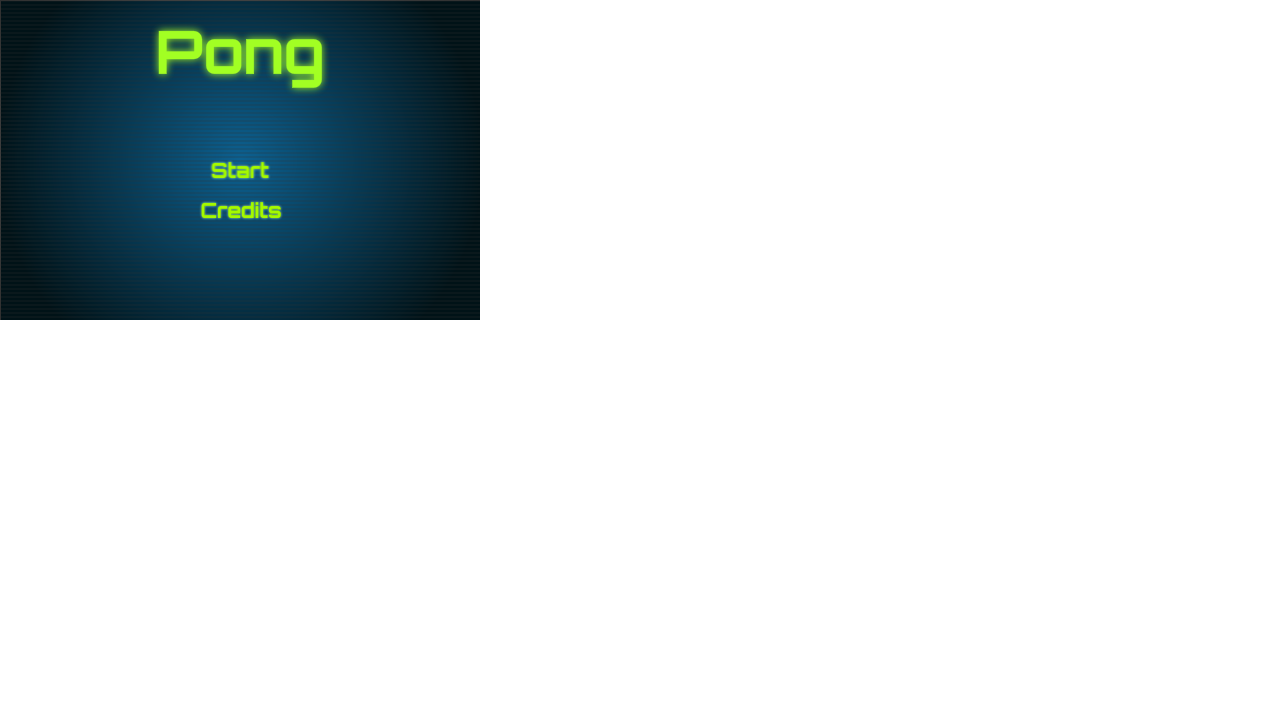
Repository: nourHellani/PongGame
Page: index.html
An editor plug-in stored every save of this project. The page is shown before and after the next save, followed by the edit.
The browser window is 1280 px wide. The pictures show the whole page.

Above is the page before, as saved 2023-01-31 23:19:37.

### index.html
<!DOCTYPE html>
<html>

<head>

	<title>Pong Game</title>

	<style>
		* {
			-webkit-tap-highlight-color: rgba(0, 0, 0, 0);
		}

		body {
			margin: 0;
			overflow: hidden;
		}

		canvas {
			display: block;
		}
	</style>

	<!-- javascript libraries
		TweenJs for handling screen transitions and the game loop
		SoundIJS for the sound effects -->

	<script src="easel.js"></script>
	<script src="Tween.js"></script>
	<script src="sound.js"></script>
	<script src="Main.js"></script>


	<script src="https://code.jquery.com/jquery-3.5.1.min.js"></script>
</head>

<body onload="Main();">

	<canvas id="Pong" width="480" height="320"></canvas>

</body>

</html>

### sound.js
/**
* EaselJS
* Visit http://easeljs.com/ for documentation, updates and examples.
*
* Copyright (c) 2011 Grant Skinner
*
* Permission is hereby granted, free of charge, to any person
* obtaining a copy of this software and associated documentation
* files (the "Software"), to deal in the Software without
* restriction, including without limitation the rights to use,
* copy, modify, merge, publish, distribute, sublicense, and/or sell
* copies of the Software, and to permit persons to whom the
* Software is furnished to do so, subject to the following
* conditions:
*
* The above copyright notice and this permission notice shall be
* included in all copies or substantial portions of the Software.
*
* THE SOFTWARE IS PROVIDED "AS IS", WITHOUT WARRANTY OF ANY KIND,
* EXPRESS OR IMPLIED, INCLUDING BUT NOT LIMITED TO THE WARRANTIES
* OF MERCHANTABILITY, FITNESS FOR A PARTICULAR PURPOSE AND
* NONINFRINGEMENT. IN NO EVENT SHALL THE AUTHORS OR COPYRIGHT
* HOLDERS BE LIABLE FOR ANY CLAIM, DAMAGES OR OTHER LIABILITY,
* WHETHER IN AN ACTION OF CONTRACT, TORT OR OTHERWISE, ARISING
* FROM, OUT OF OR IN CONNECTION WITH THE SOFTWARE OR THE USE OR
* OTHER DEALINGS IN THE SOFTWARE.
**/
(function(m){function a(){throw"SoundJS cannot be instantiated";}function n(a,d){this.instances=[];this.name=a;this.src=d;this.loaded=this.canPlay=false;this.length=0}a.AUDIO_TIMEOUT=8E3;a.INTERRUPT_ANY=1;a.INTERRUPT_EARLY=2;a.INTERRUPT_LATE=3;a.INTERRUPT_NONE=4;a.onProgress=null;a.onSoundTimeout=null;a.onSoundLoadError=null;a.onSoundLoadComplete=null;a.onLoadQueueComplete=null;a.onSoundComplete=null;a.soundHash=[];a.loadQueue=[];a.itemsToLoad=0;a.instanceCount=0;a.INST_MAX=35;a.FT=0.0010;a.AUDIO_ERROR=
"error";a.AUDIO_PROGRESS="progress";a.AUDIO_COMPLETE="canplaythrough";a.AUDIO_ENDED="ended";a.AUDIO_STALLED="stalled";a._master=1;a._currentLoad=0;a.add=function(b,d,c){a.loadQueue.push({name:b,src:d,instances:c});a.loadQueue.length==1?(a.itemsToLoad=1,a.loadNext()):a.itemsToLoad++};a.addBatch=function(b){for(var d=b.length;b.length;)a.loadQueue.push(b.shift());a.loadQueue.length==d?(a.loadNext(),a.itemsToLoad=d):a.itemsToLoad++};a.play=function(b,d,c,e,f){if(b==null||a.soundHash[b]==null||a.soundHash[b].length==
0||d!=a.INTERRUPT_ANY&&d!=a.INTERRUPT_EARLY&&d!=a.INTERRUPT_LATE&&d!=a.INTERRUPT_NONE&&d!=null)return NaN;if(d==null)d=a.INTERRUPT_NONE;e==null&&(e=false);f||(f=0);c==null||c>1?c=1:c<0&&(c=0);if(f>0)setTimeout(function(){a.beginPlaying(b,d,c,e)},f);else return a.beginPlaying(b,d,c,e);return-1};a.getMasterVolume=function(){return a._master};a.setMasterVolume=function(b){if(Number(b)!=null){b<0?b=0:b>1&&(b=1);var d,c,e;d=a._master;a._master=b;if(a._master!=d)for(e in a.soundHash){c=a.soundHash[e];d=
c.length;for(b=0;b<d;b++)c[b].volume=c[b].storedVolume*a._master}}};a.remove=function(b,d){var c,e,f;if(b==null)for(c in a.soundHash){f=a.soundHash[c];e=f.length;do a.stop(c,e-1),f[e-1].currentSrc="",document.body.removeChild(f[e-1]),f.pop(),e=f.length,a.instanceCount--;while(e)}else{f=a.soundHash[b];if(f==null)return false;e=f.length;if(d==null){do a.stop(b,e-1),f[e-1].currentSrc="",document.body.removeChild(f[e-1]),f.pop(),e=f.length,a.instanceCount--;while(e)}else{if(d<=0||e<=0)return false;e--;
for(c=0;c<=e&&c<d;c++)a.stop(b,e-c),f[e-c].currentSrc="",document.body.removeChild(f[e-c]),f.pop(),a.instanceCount--}}return true};a.setVolume=function(b,d,c){var e,f;if(b==null)return false;b*=a._master;if(d==null)for(f in a.soundHash){e=a.soundHash[f];d=e.length;for(c=0;c<d;c++)e[c].storedVolume=b,e[c].volume=b}else{e=a.soundHash[d];if(e==null)return false;d=e.length;if(c==null)for(c=0;c<d;c++)e[c].storedVolume=b,e[c].volume=b;else{if(d<=c)return false;e[c].storedVolume=b;e[c].volume=b}}return true};
a.getVolume=function(b,d){var c=a.soundHash[b];return c==null||c.length==0?-1:d==null?c[1].storedVolume:c.length<d?-1:c[d].storedVolume};a.setMute=function(b,d,c){var e,f;if(b==null)return false;if(d==null)for(f in a.soundHash){e=a.soundHash[f];d=e.length;for(c=0;c<d;c++)e[c].muted=b}else{e=a.soundHash[d];if(e==null)return false;d=e.length;if(c==null)for(c=0;c<d;c++)e[c].muted=b;else{if(d<=c)return false;e[c].muted=b}}return true};a.pause=function(b,d){var c,e,f,g;if(b==null)for(g in a.soundHash){f=
a.soundHash[g];e=f.length;for(c=0;c<e;c++)f[c].pause()}else{f=a.soundHash[b];if(f==null)return false;e=f.length;if(d==null)for(c=0;c<e;c++)f[c].pause();else{if(e<=d)return false;f[d].pause()}}return true};a.resume=function(b,d){var c,e,f,g;if(b==null)for(g in a.soundHash){e=a.soundHash[g].length;for(c=0;c<e;c++)f=a.soundHash[g][c],(f.loop||f.currentTime!=f.duration&&f.currentTime!=0)&&f.play()}else{if(a.soundHash[b]==null)return false;e=a.soundHash[b].length;if(d==null)for(c=0;c<e;c++)f=a.soundHash[b][c],
(f.loop||f.currentTime!=f.duration&&f.currentTime!=0)&&f.play();else{if(e<=d)return false;f=a.soundHash[b][d];(f.loop||f.currentTime!=f.duration&&f.currentTime!=0)&&f.play()}}return true};a.stop=function(b,d){var c,e,f,g;if(b==null)for(g in a.soundHash){e=a.soundHash[g].length;for(c=0;c<e;c++){f=a.soundHash[g][c];try{f.currentTime=0}catch(h){}f.pause()}}else{if(a.soundHash[b]==null)return false;e=a.soundHash[b].length;if(d==null)for(c=0;c<e;c++)f=a.soundHash[b][c],f.currentTime=0,f.pause();else{if(e<=
d)return false;f=a.soundHash[b][d];f.currentTime=0;f.pause()}}return true};a.isLoaded=function(b){var d=true,c;if(b==null)for(c in a.soundHash){if(d=d&&a.soundHash[c]&&a.soundHash[c][0]&&a.soundHash[c][0].loaded,!d)break}else return a.soundHash[b]&&a.soundHash[b][0]&&a.soundHash[b][0].loaded;return d};a.getNumInstances=function(b){return b==null?instanceCount:a.soundHash[b]?a.soundHash[b].length:-1};a.getMaxInstances=function(){return a.INST_MAX};a.getCurrentLoadProgress=function(){return(a.itemsToLoad-
a.loadQueue.length-(1-a._currentLoad))/a.itemsToLoad};a.getInstance=function(b,d){return b==null||d<0||!a.soundHash[b]||!a.soundHash[b][d]?null:a.soundHash[b][d]};a.beginPlaying=function(b,d,c,e){var f,g,h,i=false,j=a.soundHash[b];if(!j[0].loaded)throw Error("Audio is not loaded. The source(s) are either not found, or the correct audio formats are not provided.");for(var k=j.length,b=0;b<k;b++){h=j[b];g==null&&d!=a.INTERRUPT_ANY&&d!=a.INTERRUPT_NONE&&(g=h,f=b);if(h.currentTime>=h.duration-a.FT&&!h.loop||
h.currentTime==0&&h.paused)i=true,k=b;else if(d==a.INTERRUPT_EARLY&&h.currentTime<g.currentTime||d==a.INTERRUPT_LATE&&h.currentTime>g.currentTime)i=true;i&&(g=h,f=b)}d==a.INTERRUPT_ANY&&!g&&(g=j[0],f=0);return g?(g.loop=e,g.storedVolume=c,g.volume=c*a._master,g.currentTime=0,g.paused&&g.play(),f):-1};a.loadNext=function(){if(a.loadQueue.length<=0){if(a.onLoadQueueComplete)a.onLoadQueueComplete()}else{var b=a.loadQueue.shift(),d=b.instances||1,c=b.name,b=b.src,e=a.soundHash[c];if(e==null)e=a.soundHash[c]=
[];else if(e.length)b=e[0].src;for(var f=e=e.length,d=e+d;f<d;f++){var g=document.createElement("audio");if(f==e)g.timeoutId=setTimeout(function(){a.handleAudioTimeout(g)},a.AUDIO_TIMEOUT),g.addEventListener(a.AUDIO_COMPLETE,a.handleAudioComplete,false),g.addEventListener(a.AUDIO_PROGRESS,a.handleProgress,false),g.addEventListener(a.AUDIO_STALLED,a.handleAudioStall,false),g.addEventListener(a.AUDIO_ERROR,a.handleAudioError,false),g.loaded=false;g.addEventListener(a.AUDIO_ENDED,a.handleEnded,false);
g.setAttribute("id",c+"_"+f);g.setAttribute("preload","auto");var h;if(b instanceof Array)for(var i=0,j=b.length;i<j;i++){var k=g.appendChild(document.createElement("source"));h=a.getType(b[i]);k.setAttribute("type",h);k.setAttribute("src",b[i])}else h=a.getType(b),g.setAttribute("type",h),g.setAttribute("src",b);g.load();document.body.appendChild(g);a.soundHash[c].push(g);a.instanceCount++}}};a.getType=function(a){switch(a.slice(a.lastIndexOf(".")+1)){case "mp3":return"audio/mpeg";case "ogg":return"audio/ogg";
case "wav":return"audio/wav";default:throw"'"+a+"' is not a recognized audio file";}};a.handleEnded=function(){if(a.onSoundEnded){var b=this.id.split("_");a.onSoundEnded(this,b[0],b[1])}};a.handleAudioTimeout=function(b){if(a.onSoundTimeout){var d=b.id.split("_");a.onSoundTimeout(b,d[0],d[1])}a.loadNext()};a.handleProgress=function(){try{this.buffered.end()}catch(b){return}a._currentLoad=this.buffered.end()/this.duration;if(a.onProgress)a.onProgress(a.getCurrentLoadProgress())};a.handleAudioError=
function(){clearTimeout(this.timeoutId);if(a.onSoundLoadError){var b=this.id.split("_");a.onSoundLoadError(this,b[0],b[1])}a.loadNext()};a.handleAudioComplete=function(){var b=this.id.split("_");this.removeEventListener(a.AUDIO_COMPLETE,a.handleAudioComplete,false);clearTimeout(this.timeoutId);this.loaded=true;if(a.onSoundLoadComplete)a.onSoundLoadComplete(this,b[0],b[1]);a.loadNext()};a.handleAudioStall=function(a){setTimeout(function(){testAudioStall(a)},0)};a.testAudioStall=function(){var b=this.id.split("_");
if(!a.soundHash[b[0]][b[1]].loaded){if(a.onStall)a.onStall(this,b[0],b[1]);a.loadNext()}};m.SoundJS=a;var l=n.prototype;l.add=function(a){this.instances.push(a);this.length=this.instances.length;this.instances.length==1&&a.addEventListener("canplaythrough",function(){a.canplaythrough()})};l.remove=function(a){this.instances.splice(a,1);this.length=this.instances.length};l.canplaythrough=function(){this.loaded=true};m.SoundJSElement=n})(window);

### Main.js

let counter = 0;
let timeout;
let timer_on = 0;

/* Define Canvas */

var canvas;
var stage;

// Graphics
//[This variable stores the title background image]

var bgImg = new Image();
var bg;

//[Title View]
//These variables store its components.

var mainImg = new Image();
var main;
var startBImg = new Image();
var startB;
var creditsBImg = new Image();
var creditsB;

//[Title View Group]

var TitleView = new Container();

//[Credits]
//This view will show the credits, year and copyright of the game, these variables will be used to store it.

var creditsViewImg = new Image();
var credits;

//[Game View]
//The next variables store the individual graphics that appear in the Game View:

var playerImg = new Image();
var player;
var ballImg = new Image();
var ball;
var cpuImg = new Image();
var cpu;
var winImg = new Image();
var win;
var loseImg = new Image();
var lose;
var timeupImg = new Image();
var timeup;

//[Score]
//The score values will be handled by the next variables:

var playerScore;
var cpuScore;
var timer;
var time;

// Variables
var xSpeed = 5; //Horizontal speed of the ball
var ySpeed = 5; //Vertical speed of the ball
var gfxLoaded = 0; //used as a preloader, counts the already loaded items
var tkr = new Object(); //used as an event listener to the Ticker


// Main Function

function Main() {
  /* Link Canvas */
  canvas = document.getElementById("Pong");
  stage = new Stage(canvas);


  /* Sound */

  SoundJS.addBatch([
    { name: "hit", src: "assets/mp3/hit.mp3", instances: 1 }, // played when the ball hits a paddle
    { name: "playerScore", src: "assets/mp3/playerScore.mp3", instances: 1 }, //played when they player scores
    { name: "enemyScore", src: "assets/mp3/enemyScore.mp3", instances: 1 }, //played when the enemy scores
    { name: "wall", src: "assets/mp3/wall.mp3", instances: 1 }, //played when the ball hits the top or bottom boundary
  ]);

  /* Load GFX */

  bgImg.src = "assets/png/bg.png";
  bgImg.name = "bg";
  bgImg.onload = loadGfx;

  mainImg.src = "assets/png/main.png";
  mainImg.name = "main";
  mainImg.onload = loadGfx;

  startBImg.src = "assets/png/startB.png";
  startBImg.name = "startB";
  startBImg.onload = loadGfx;

  creditsBImg.src = "assets/png/creditsB.png";
  creditsBImg.name = "creditsB";
  creditsBImg.onload = loadGfx;

  creditsViewImg.src = "assets/png/credits.png";
  creditsViewImg.name = "credits";
  creditsViewImg.onload = loadGfx;

  playerImg.src = "assets/png/paddle.png";
  playerImg.name = "player";
  playerImg.onload = loadGfx;

  ballImg.src = "assets/png/ball.png";
  ballImg.name = "ball";
  ballImg.onload = loadGfx;

  cpuImg.src = "assets/png/paddle.png";
  cpuImg.name = "cpu";
  cpuImg.onload = loadGfx;

  winImg.src = "assets/png/win.png";
  winImg.name = "win";
  winImg.onload = loadGfx;

  loseImg.src = "assets/png/lose.png";
  loseImg.name = "lose";
  loseImg.onload = loadGfx;

  timeupImg.src = 'assets/png/timesUp.png';
	timeupImg.name = 'timeup';
	timeupImg.onload = loadGfx;

  /* Ticker */

  Ticker.setFPS(30);
  Ticker.addListener(stage);
}

//Every time a graphic is loaded this function will run.
//It will assign each image to a bitmap object and check
// thatall the elements are loaded before proceeding
function loadGfx(e) {
  if ((e.target.name = "bg")) {
    bg = new Bitmap(bgImg);
  }
  if ((e.target.name = "main")) {
    main = new Bitmap(mainImg);
  }
  if ((e.target.name = "startB")) {
    startB = new Bitmap(startBImg);
  }
  if ((e.target.name = "creditsB")) {
    creditsB = new Bitmap(creditsBImg);
  }
  if ((e.target.name = "credits")) {
    credits = new Bitmap(creditsViewImg);
  }
  if ((e.target.name = "player")) {
    player = new Bitmap(playerImg);
  }
  if ((e.target.name = "ball")) {
    ball = new Bitmap(ballImg);
  }
  if ((e.target.name = "cpu")) {
    cpu = new Bitmap(cpuImg);
  }
  if ((e.target.name = "win")) {
    win = new Bitmap(winImg);
  }
  if ((e.target.name = "lose")) {
    lose = new Bitmap(loseImg);
  }
  if((e.target.name = 'timeup')){
    timeup = new Bitmap(timeupImg);
  }

  gfxLoaded++;

  if (gfxLoaded == 11) {
    addTitleView();
  }
}

// Add Title View Function
//When all the graphics are loaded the Title View is added to the stage by the following function:

function addTitleView() {
  startB.x = 240 - 31.5;
  startB.y = 160;
  startB.name = "startB";

  creditsB.x = 241 - 42;
  creditsB.y = 200;

  TitleView.addChild(main, startB, creditsB);
  stage.addChild(bg, TitleView);
  stage.update();

  // Button Listeners

  startB.onPress = tweenTitleView;
  creditsB.onPress = showCredits;
}

//The Credits screen is shown when the user clicks the credits button;
// a mouse listener is added to the full image to remove it.
function showCredits() {
  // Show Credits

  credits.x = 480;

  stage.addChild(credits);
  stage.update();
  Tween.get(credits).to({ x: 0 }, 300);
  credits.onPress = hideCredits;
}

// Hide Credits

function hideCredits(e) {
  Tween.get(credits).to({ x: 480 }, 300).call(rmvCredits);
}

// Remove Credits

function rmvCredits() {
  stage.removeChild(credits);
}

// Tween Title View

function tweenTitleView() {
  // Start Game

  Tween.get(TitleView).to({ y: -320 }, 300).call(addGameView);
}

// Add Game View

function addGameView() {
  // Destroy Menu & Credits screen

  stage.removeChild(TitleView);
  TitleView = null;
  credits = null;

  // Add Game View

  player.x = 2;
  player.y = 160 - 37.5;
  cpu.x = 480 - 25;
  cpu.y = 160 - 37.5;
  ball.x = 240 - 15;
  ball.y = 160 - 15;

  // Score

  playerScore = new Text("0", "bold 20px Arial", "#A3FF24");
  playerScore.maxWidth = 1000; //fix for Chrome 17
  playerScore.x = 211;
  playerScore.y = 20;

  cpuScore = new Text("0", "bold 20px Arial", "#A3FF24");
  cpuScore.maxWidth = 1000; //fix for Chrome 17
  cpuScore.x = 262;
  cpuScore.y = 20;

  timer = new Text('Timer:', 'bold 20px Arial', '#A3FF24');
	timer.maxWidth = 1000;	//fix for Chrome 17
	timer.x = 50;
	timer.y = 20;

	time = new Text('60', 'bold 20px Arial', '#A3FF24');
	time.maxWidth = 1000;	//fix for Chrome 17
	time.x = 120;
	time.y = 20;

  stage.addChild(playerScore, cpuScore,timer,time, player, cpu, ball);
  stage.update();

  // Start Listener

  bg.onPress = startGame;
}

// Player Movement

function movePaddle(e) {
  // Mouse Movement
  player.y = e.stageY;
}

// Start Game Function

function startGame(e) {
  bg.onPress = null;
  stage.onMouseMove = movePaddle;

  Ticker.addListener(tkr, false);
  tkr.tick = update;
}

/* Reset */

function reset() {
  ball.x = 240 - 15;
  ball.y = 160 - 15;
  player.y = 160 - 37.5;
  cpu.y = 160 - 37.5;

  stage.onMouseMove = null;
  Ticker.removeListener(tkr);
  bg.onPress = startGame;
}

// Update Function

function update() {
  // Ball Movement

  ball.x = ball.x + xSpeed;
  ball.y = ball.y + ySpeed;

  // Cpu Movement

  if (cpu.y < ball.y) {
    cpu.y = cpu.y + 2.5;
  } else if (cpu.y > ball.y) {
    cpu.y = cpu.y - 2.5;
  }

  // Wall Collision

  if (ball.y < 0) {
    ySpeed = -ySpeed;
    SoundJS.play("wall");
  } //Up
  if (ball.y + 30 > 320) {
    ySpeed = -ySpeed;
    SoundJS.play("wall");
  } //down

  if (!timer_on) {
    timer_on = 1;
    timedCount();
  }
  /* CPU Score */

  if (ball.x < 0) {
    xSpeed = -xSpeed;
    cpuScore.text = parseInt(cpuScore.text + 1);
    reset();
    SoundJS.play("enemyScore");
  }

  /* Player Score */

  if (ball.x + 30 > 480) {
    xSpeed = -xSpeed;
    playerScore.text = parseInt(playerScore.text + 1);
    reset();
    SoundJS.play("playerScore");
  }

  /* Cpu collision */

  if (
    ball.x + 30 > cpu.x &&
    ball.x + 30 < cpu.x + 22 &&
    ball.y >= cpu.y &&
    ball.y < cpu.y + 75
  ) {
    xSpeed *= -1;
    SoundJS.play("hit");
  }

  /* Player collision */

  if (
    ball.x <= player.x + 22 &&
    ball.x > player.x &&
    ball.y >= player.y &&
    ball.y < player.y + 75
  ) {
    xSpeed *= -1;
    SoundJS.play("hit");
  }

  /* Stop Paddle from going out of canvas */

  if (player.y >= 249) {
    player.y = 249;
  }

  /* Check for Win */

  if (playerScore.text == "1") {
    alert("win");
    clearTimeout(timeout);
    parseInt(time.text)=60; 		//to avoid loop of timeout

    reset();
    timer_on = 0;
  }

  /* Check for Game Over */

  if (cpuScore.text == "1") {
    alert("lose");
    clearTimeout(timeout);
    parseInt(time.text)=60; 		//to avoid loop of timeout

    reset();
    timer_on = 0;
  }

  // if(!timer_on && (parseInt(playerScore.text) == "1" || parseInt(cpuScore.text) == "1")){
  //   alert("lose");

  // }
}
function timedCount() {

  if ( parseInt(time.text) > 0  ) {
    time.text = parseInt(time.text - 1);
  }

 else {

 clearTimeout(timeout);
 alert('timeup');

 parseInt(time.text)=60; 		//to avoid loop of timeout

 reset();
 timer_on = 0;


}

 timeout = setTimeout(timedCount, 1000);
}


function alert(e) {
  Ticker.removeListener(tkr);
  stage.onMouseMove = null;
  bg.onPress = null;

  if (e == "win") {
    win.x = 140;
    win.y = -90;

    stage.addChild(win);
    Tween.get(win).to({ y: 115 }, 300);
  }
  else if(e == 'timeup')
	{
		timeup.x = 140;
		timeup.y = -90;

		stage.addChild(timeup);
		Tween.get(timeup).to({y: 115}, 300);


	}
  else if(e == 'lose')
  {
    lose.x = 140;
    lose.y = -90;

    stage.addChild(lose);
    Tween.get(lose).to({ y: 115 }, 300);
  }
}

Loaded but not shown: easel.js (library); Tween.js (420 lines, source omitted)

After the next save:
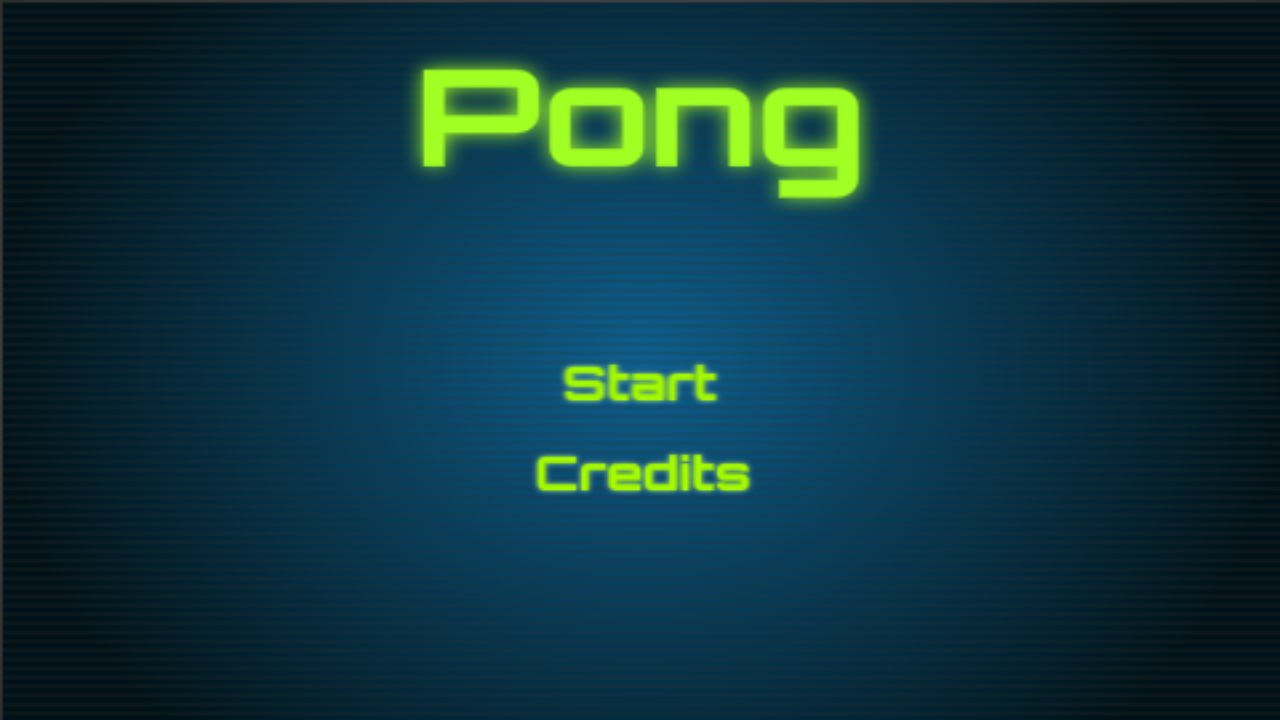
Saved 12 h 35 min later.
--- a/index.html
+++ b/index.html
@@ -9,15 +9,21 @@
 		* {
 			-webkit-tap-highlight-color: rgba(0, 0, 0, 0);
 		}
-
 		body {
-			margin: 0;
-			overflow: hidden;
-		}
-
-		canvas {
-			display: block;
-		}
+         height : 100%;
+         width : 100%;
+      }
+      canvas {
+         background-color: #ffff00;
+         display: block;
+         position: absolute;
+         top: 0;
+         bottom: 0;
+         left: 0;
+         right: 0;
+         height: 100%;
+         width: 100%;
+      }
 	</style>
 
 	<!-- javascript libraries
